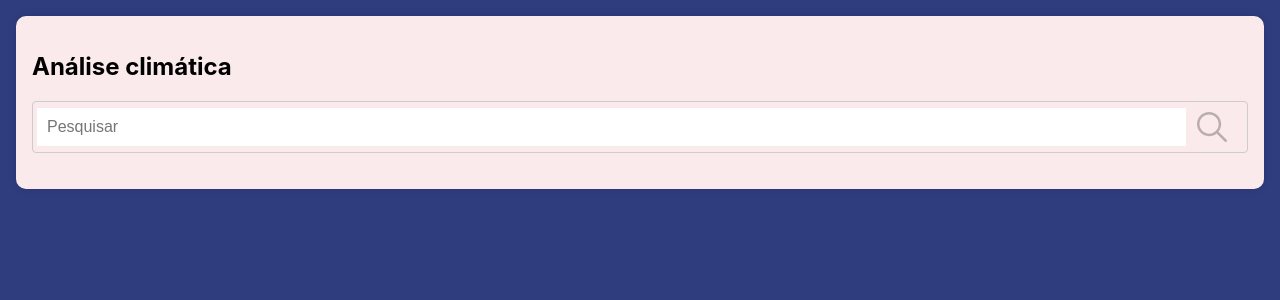
Repository: yurilemos/climate-check
Page: /
An editor plug-in stored every save of this project. The page is shown before and after the next save, followed by the edit.
The browser window is 1280 px wide. The pictures show the whole page.
The project was rebuilt for these pictures with package versions that can differ from the ones it lists, and the page was loaded fresh each time. Also part of the build but not shown: src/pages/notFound/index.jsx.

Above is the page before, as saved 2023-05-19 17:51:43.

After the next save:
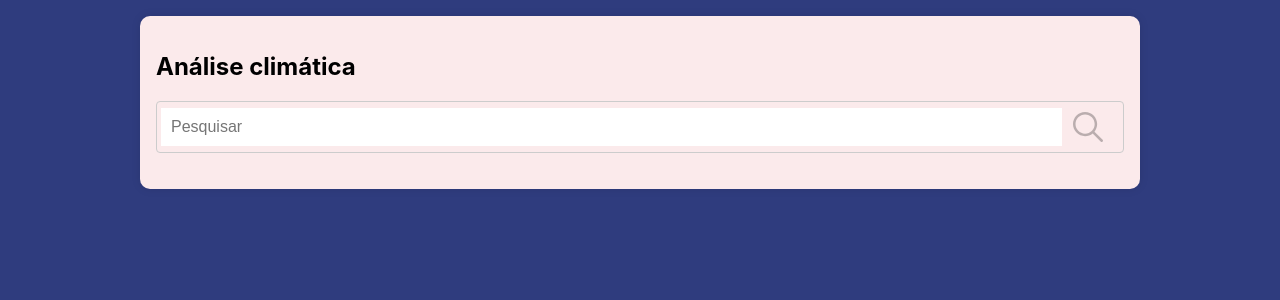
Saved 71 s later.
--- a/src/pages/home/style.js
+++ b/src/pages/home/style.js
@@ -7,4 +7,5 @@ export const HomeBody = styled.div`
 export const HomeContent = styled.div`
   width: 100%;
   margin: auto;
+  max-width: 1000px;
 `;
